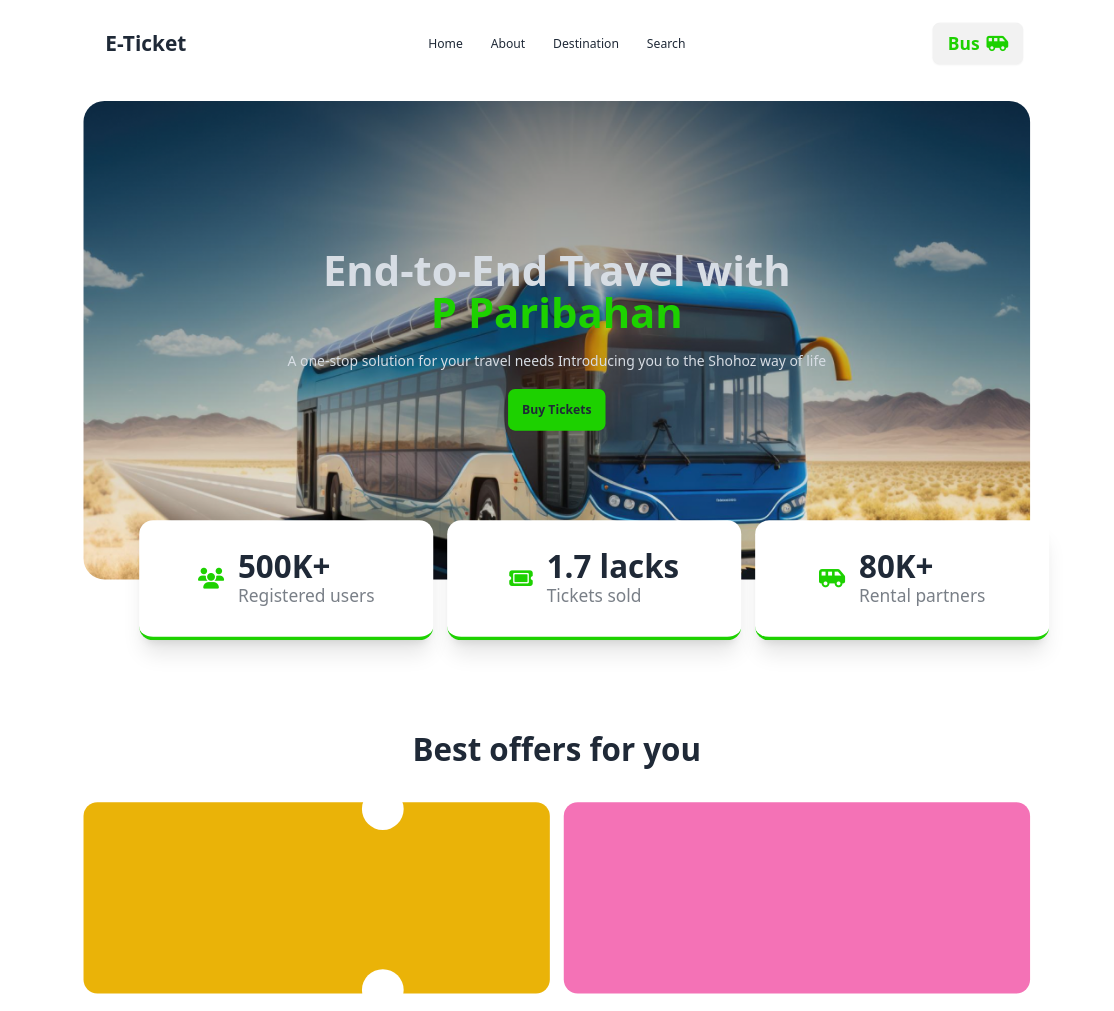
Repository: RudrasahaDibos/Smart-ticketing
Page: index.html
These files come from the project's save history. The page is drawn as it stood at one moment and after a run of saves; the edit follows.
The browser window is 1280 px wide. The pictures show the whole page, at 87% of full size.
Some web fonts or font styles are not loaded; a fallback is used. Some web libraries are served in a nearby version.

Above is the page before, as saved 2024-11-10 01:21:22.

### index.html
<!DOCTYPE html>
<html lang="en">
<head>
    <meta charset="UTF-8">
    <meta name="viewport" content="width=device-width, initial-scale=1.0">
    <title>Smart-ticketing</title>
    <!-- tailwind link -->
<link href="https://cdn.jsdelivr.net/npm/daisyui@4.12.14/dist/full.min.css" rel="stylesheet" type="text/css" />
<script src="https://cdn.tailwindcss.com"></script>
<!-- font awesome link -->
<link rel="stylesheet" href="https://cdnjs.cloudflare.com/ajax/libs/font-awesome/6.6.0/css/all.min.css" integrity="sha512-Kc323vGBEqzTmouAECnVceyQqyqdsSiqLQISBL29aUW4U/M7pSPA/gEUZQqv1cwx4OnYxTxve5UMg5GT6L4JJg==" crossorigin="anonymous" referrerpolicy="no-referrer" />

<!-- google fonts  -->
<link rel="preconnect" href="https://fonts.googleapis.com">
<link rel="preconnect" href="https://fonts.gstatic.com" crossorigin>
<link href="https://fonts.googleapis.com/css2?family=Anton+SC&family=Manrope:wght@200..800&family=Raleway:ital,wght@0,100..900;1,100..900&display=swap" rel="stylesheet">

<style>
.raleway{
  font-family: "Raleway", sans-serif;
}
</style>



</head>
<body>
    <!-- header ends here -->
    <header  class="container mx-auto lg:pl-24 lg:pr-24 lg:pt-4 w-[1400px]">
               <div>
                <!-- navbar starts here -->
                <div class="navbar bg-base-100">
                    <div class="navbar-start">
                      <div class="dropdown">
                        <div tabindex="0" role="button" class="btn btn-ghost lg:hidden">
                          <svg
                            xmlns="http://www.w3.org/2000/svg"
                            class="h-5 w-5"
                            fill="none"
                            viewBox="0 0 24 24"
                            stroke="currentColor">
                            <path
                              stroke-linecap="round"
                              stroke-linejoin="round"
                              stroke-width="2"
                              d="M4 6h16M4 12h8m-8 6h16" />
                          </svg>
                        </div>
                        <ul
                          tabindex="0"
                          class="menu menu-sm dropdown-content bg-base-100 rounded-box z-[1] mt-3 w-52 p-2 shadow">
                          <li><a>Home</a></li>
                          <li><a>About</a></li>
                          <li><a>Destination</a></li>
                          <li><a>Search</a></li>
                        </ul>
                      </div>
                      <a class="btn btn-ghost text-2xl font-extrabold">E-Ticket</a>
                    </div>
                    <div class="navbar-center hidden lg:flex">
                      <ul class="menu menu-horizontal px-1">
                        <li><a>Home</a></li>
                        <li><a>About</a></li>
                        <li><a>Destination</a></li>
                        <li><a>Search</a></li>
                      </ul>
                    </div>
                    <div class="navbar-end">
                      <a class="btn text-[#1DD100]  border-1  text-xl">Bus <i class="fa-solid fa-van-shuttle"></i></a>
                    </div>
                  </div>
               </div>

              <!-- banner start here -->

              <div
              class="hero h-[550px] mt-8 bg-[url('/images/banner.png')] rounded-3xl relative">

              <div class="hero-content text-neutral-content text-center">
                <div class="">
                  <h1 class="mb-5 text-5xl font-extrabold">End-to-End Travel with <br> <span class="text-5xl text-[#1DD100]  font-extrabold">P Paribahan</span></h1>
                  <p class="mb-5">
                    A one-stop solution for your travel needs

                    Introducing you to the Shohoz way of life
                  </p>
                  <button class="btn bg-[#1DD100] border-none">Buy Tickets</button>
                </div>
              </div>
            </div>



                 <!-- banner end here -->

                <!-- 3 card start here  -->

                        <div class=" flex justify-between items-center gap-4 pl-16 pr-16 absolute -bottom-4   ">
                            <div class="stat flex bg-white justify-center items-center shadow-xl  border-b-4 border-b-[#1DD100]  rounded-2xl w-[338px] h-[138px]">
                                <div class="text-[#1DD100] text-2xl font-extrabold ">
                                    <i class="fa-solid fa-users"></i>
                                  </div>

                             <div>
                                <div class="stat-value">500K+</div>
                                <div class="stat-desc text-xl ">Registered users</div>
                             </div>


                            </div>

                            <div class="stat flex bg-white justify-center items-center  border-b-4 border-b-[#1DD100] shadow-xl  rounded-2xl w-[338px] h-[138px]">
                                <div class="text-[#1DD100] text-2xl font-extrabold ">
                                    <i class="fa-solid fa-ticket  "></i>

                                  </div>

                             <div>
                                <div class="stat-value">1.7 lacks</div>
                                <div class="stat-desc text-xl ">Tickets sold</div>
                             </div>


                            </div>

                            <div class="stat flex bg-white justify-center items-center  border-b-4 border-b-[#1DD100] shadow-xl  rounded-2xl w-[338px] h-[138px]">
                                <div class="text-[#1DD100] text-2xl font-extrabold ">
                                    <i class="fa-solid fa-van-shuttle"></i>

                                  </div>

                             <div>
                                <div class="stat-value">80K+</div>
                                <div class="stat-desc text-xl ">Rental partners</div>
                             </div>


                            </div>
                          </div>




                  <!-- 3 card ends here -->

               <!-- navbar Ends here -->
    </header>
    <!-- header ends here -->


     <!-- main start here -->
    <main class="container mx-auto lg:pl-24 lg:pr-24 lg:pt-4 w-[1400px]" >
                  <!-- Best offers for you start here -->
                     <section class="mt-40">
                               <h1 class="text-4xl font-semibold text-center">Best offers for you</h1>

                                <div class="flex gap-4 mt-10">
                                    <div class="bg-yellow-500  w-[573px] h-[220px]  rounded-2xl">
                                               <p class="bg-white w-[48px] h-[48px] absolute mx-auto rounded-full ml-80 -mt-4  "></p>
                                               <p class="bg-white w-[48px] h-[48px] absolute mx-auto rounded-full ml-80 mt-48  "></p>
                                    </div>
                                    <div class="bg-pink-400   w-[573px] h-[220px] rounded-2xl">

                                    </div>
                                </div>
                     </section>

                  <!-- Best offers for you ends here -->
    </main>
    <!-- main ends here -->



    <!-- js add -->
     <script src="index.js"></script>
</body>
</html>

Loaded but not shown: index.js (common file)

After the next 2 saves:
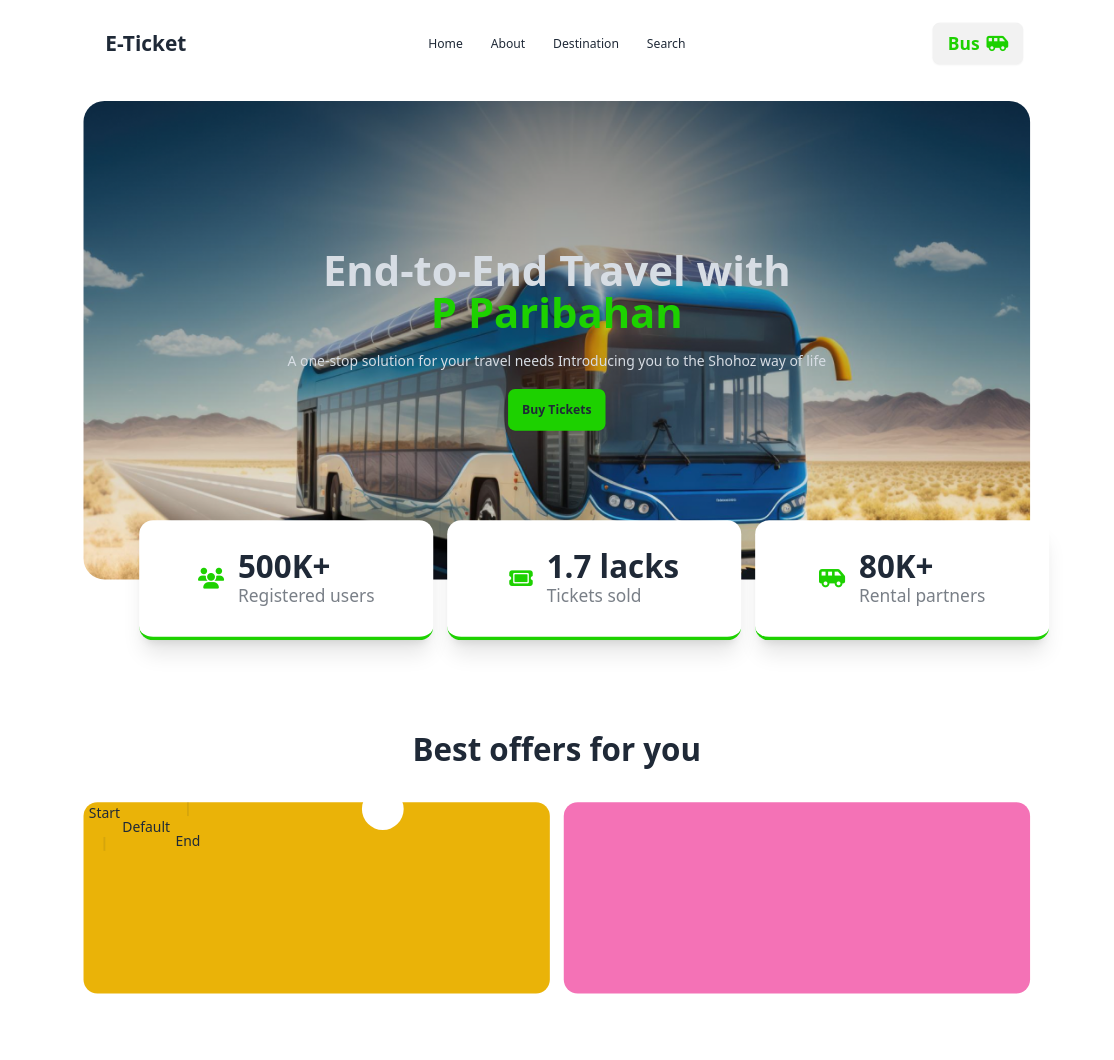
The 2 saves are shown as one change because they came seconds apart.
The last was saved 83 s later.
--- a/index.html
+++ b/index.html
@@ -157,6 +157,11 @@
                                 <div class="flex gap-4 mt-10">
                                     <div class="bg-yellow-500  w-[573px] h-[220px]  rounded-2xl">
                                                <p class="bg-white w-[48px] h-[48px] absolute mx-auto rounded-full ml-80 -mt-4  "></p>
+                                               <div class="flex w-full">
+                                                <div class="divider divider-horizontal divider-start">Start</div>
+                                                <div class="divider divider-horizontal">Default</div>
+                                                <div class="divider divider-horizontal divider-end">End</div>
+                                              </div>
                                                <p class="bg-white w-[48px] h-[48px] absolute mx-auto rounded-full ml-80 mt-48  "></p>
                                     </div>
                                     <div class="bg-pink-400   w-[573px] h-[220px] rounded-2xl">
